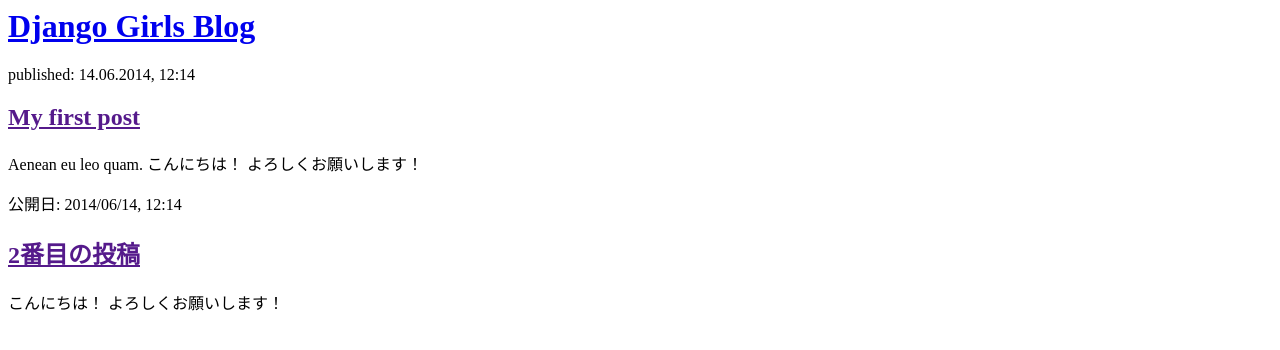
Repository: hira837/my-django-girls-app
Page: http://localhost/
An editor plug-in stored every save of this project. The page is shown before and after the next save, followed by the edit.
The browser window is 1280 px wide. The pictures show the whole page.
The page is served by the project's application, run on Django 2.2 (manage.py). Queries for data that is not in the repository find no rows.

Above is the page before, as saved 2019-11-30 16:38:23.

After the next save:
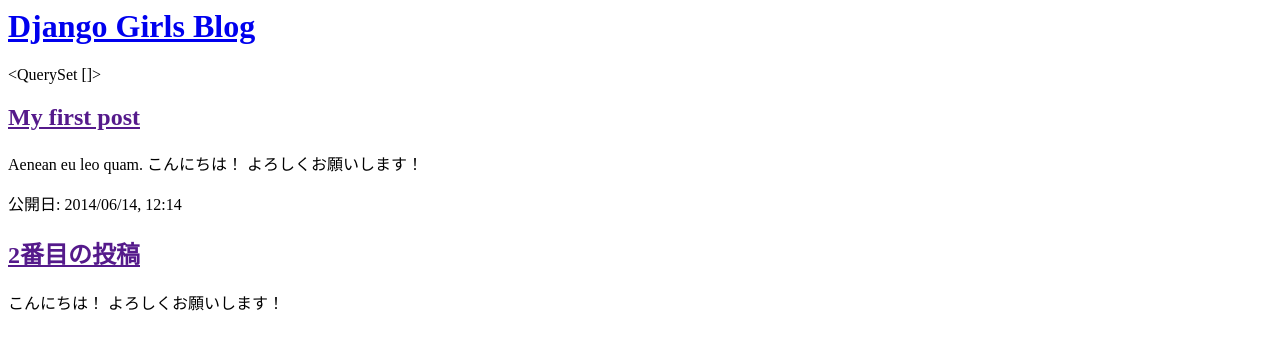
Saved 10 min 55 s later.
--- a/blog/templates/blog/post_list.html
+++ b/blog/templates/blog/post_list.html
@@ -9,7 +9,7 @@
     </div>
 
     <div>
-      <p>published: 14.06.2014, 12:14</p>
+      <p>{{ posts }}</p>
       <h2><a href="">My first post</a></h2>
       <p>Aenean eu leo quam. こんにちは！ よろしくお願いします！</p>
     </div>
